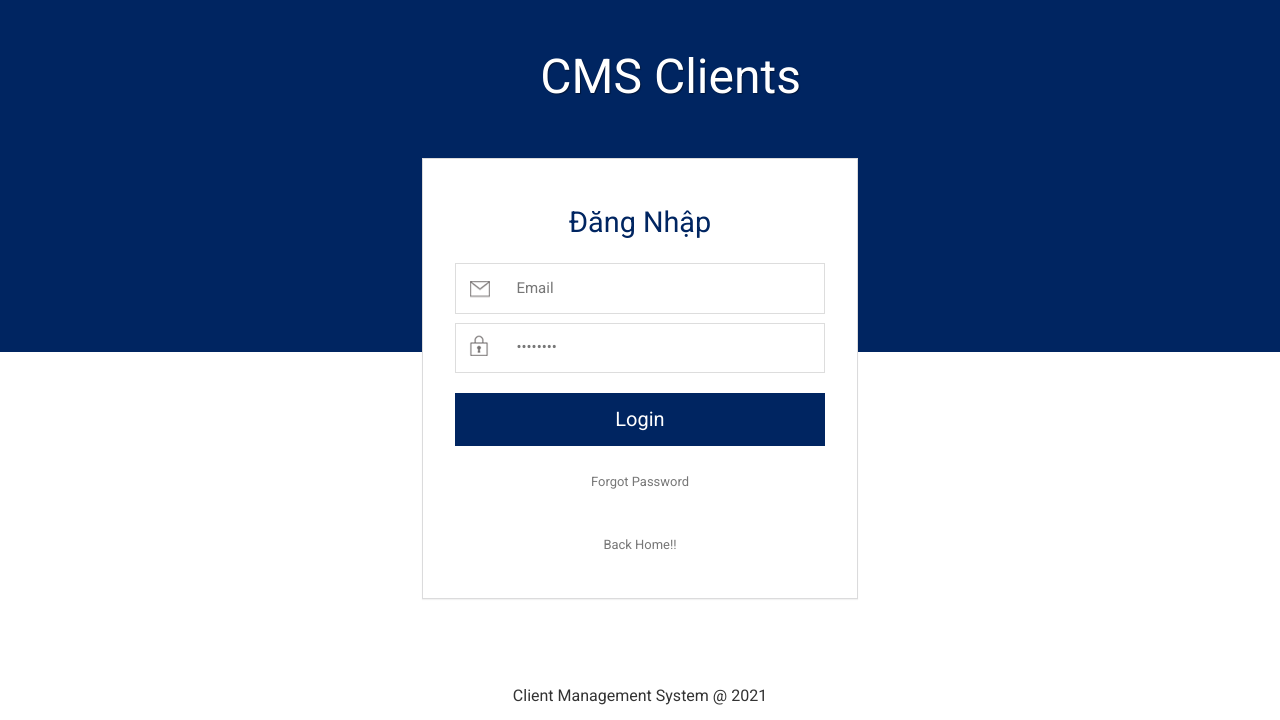
Repository: HuynhDuc23/PHPMNM
Page: http://localhost/Client-Management-System-using-PHP-MySQL (1)/Client Management System using PHP & MySQL/clientms/client/index.php
An editor plug-in stored every save of this project. The page is shown before and after the next save, followed by the edit.
The browser window is 1280 px wide. The pictures show the whole page.
The page is run by PHP 8.4 with error messages shown; the project is at /var/www/html/.

Above is the page before, as saved 2023-05-17 01:03:04.

After the next save:
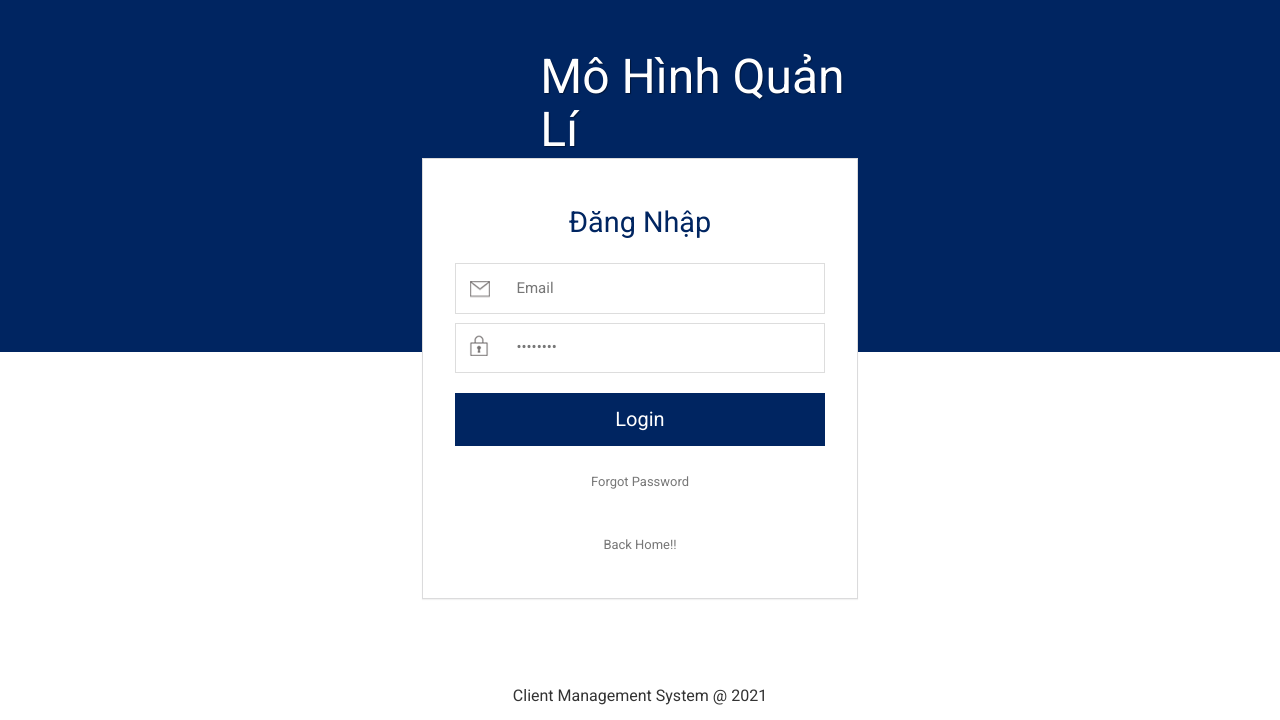
Saved 46 s later.
--- a/Client-Management-System-using-PHP-MySQL (1)/Client Management System using PHP & MySQL/clientms/client/index.php
+++ b/Client-Management-System-using-PHP-MySQL (1)/Client Management System using PHP & MySQL/clientms/client/index.php
@@ -50,7 +50,7 @@ echo "<script>alert('Invalid Details');</script>";
 	<div class="error_page">
 
 		<div class="error-top">
-			<h2 class="inner-tittle page">CMS Clients</h2>
+			<h2 class="inner-tittle page"> Mô Hình Quản Lí</h2>
 			<div class="login">
 
 				<div class="buttons login">
